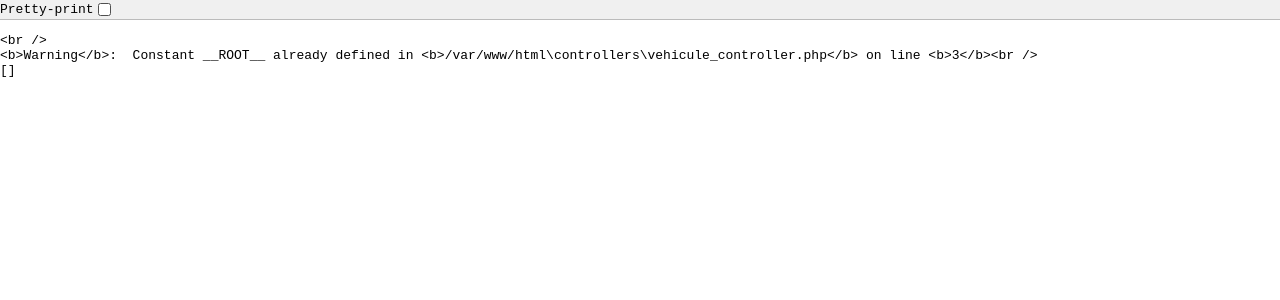
Repository: Michelhof1978/GarageBack
Page: http://localhost/API/vehicule.php
An editor plug-in stored every save of this project. The page is shown before and after the next save, followed by the edit.
The browser window is 1280 px wide. The pictures show the whole page.
The page is run by PHP 8.4 with error messages shown; the project is at /var/www/html/. Queries for data that is not in the repository find no rows.

Above is the page before, as saved 2023-09-01 12:06:45.

### API/vehicule.php
<?php
  define('__ROOT__', dirname(dirname(__FILE__)));

  require_once(__ROOT__.'\controllers\vehicule_controller.php');



// Création du controlleur du côté front qui va regrouper toutes nos routes


$filters = array();
if (isset($_GET['famille'])) {
    $filters["famille"] = $_GET['famille'];
}

if (isset($_GET['marque'])) {
    $filters["marque"] = $_GET['marque'];
}

if (isset($_GET['kilometremin'])) {
    $filters['kilometremin'] = intval($_GET['kilometremin']);
}

if (isset($_GET['kilometremax'])) {
    $filters['kilometremax'] = intval($_GET['kilometremax']);
}

if (isset($_GET['anneemin'])) {
    $filters['anneemin']= intval($_GET['annemin']);
}

if (isset($_GET['anneemax'])) {
    $filters['anneemax'] = intval($_GET['anneemax']);
}

if (isset($_GET['prixmin'])) {
    $filters['prixmin'] = intval($_GET['prixmin']);
}

if (isset($_GET['prixmax'])) {
    $filters['prixmax'] = intval($_GET['prixmax']);
}

$controller = new VehiculeController();

$controller->getCarsByFilters($filters);



?>

### controllers/vehicule_controller.php
<?php //CONTROLLER

define('__ROOT__', dirname(dirname(__FILE__)));

require_once(__ROOT__.'\models\vehicule_model.php');

// Création du controlleur du côté front qui va regrouper toutes nos routes
class VehiculeController{
    //Crérera automatiquement une instance de classe APIManager et la stockera ds la propriété $apiManager. Cela sera utile pour gérer le JSON par la suite.
    private $apiManager;//propriété privée (accessible uniquement à l'intérieur de cette classe) qui va contenir une instance de la classe APIManager.

    public function __construct(){
        $this->apiManager = new VehiculeModel();
    }

public function getCarsByFilters($filtres){
    $cars=$this->apiManager->getCarsByFilters($filtres);
    header('Content-Type: application/json');
        echo json_encode($cars);
}



}

### models/vehicule_model.php
<?php
 class VehiculeModel{

private $dbh;

public function __construct()
{
    $dsn = 'mysql:host=localhost;dbname=garage;charset=utf8';
    $user = 'root';
    $password = '';

    try {
        // Connexion à la base de données
        $this->dbh = new PDO($dsn, $user, $password);
    } catch (PDOException $e) {
        die('Erreur de connexion : ' . $e->getMessage());
    }

}

public function getCarsByFilters($filters) {
    // Construct the SQL query based on filters
    $sql = "SELECT * FROM vehicule WHERE 1";

    if (isset($filters['famille'])) {
        $sql .= " AND famille = :famille";
    }

    if (isset($filters['marque'])) {
        $sql .= " AND marque = :marque";
    }

    if (isset($filters['kilometremin'])) {
        $sql .= " AND kilometrage >= :kilometremin";
    }

    if (isset($filters['kilometremax'])) {
        $sql .= " AND kilometrage <= :kilometremax";
    }

    if (isset($filters['anneemin'])) {
        $sql .= " AND annee >= :anneemin";
    }
    if (isset($filters['anneemax'])) {
        $sql .= " AND annee <= :anneemax";
    }

    if (isset($filters['prixmin'])) {
        $sql .= " AND prix >= :prixmin";
    }

    if (isset($filters['prixmax'])) {
        $sql .= " AND prix <= :prixmax";
    }
    // Prepare and execute the query
    $stmt = $this->dbh->prepare($sql);
    $stmt->execute($filters);

    // Fetch results
    $results = $stmt->fetchAll(PDO::FETCH_ASSOC);

    return $results;
}
 }

After the next save:
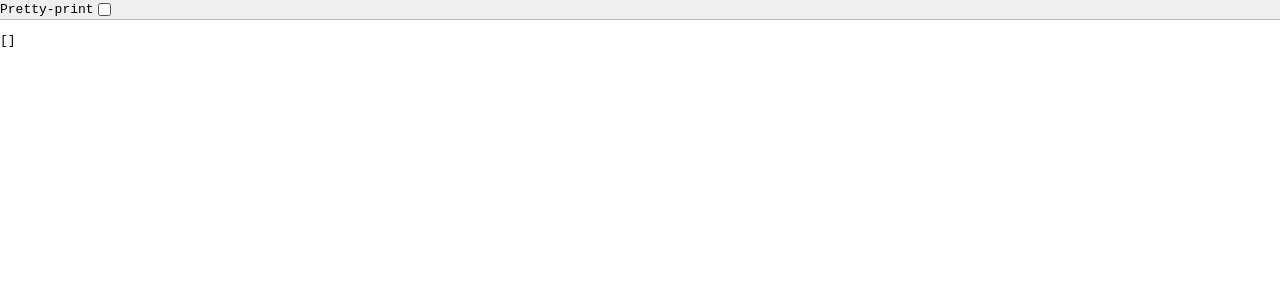
Saved 30 s later.
--- a/controllers/vehicule_controller.php
+++ b/controllers/vehicule_controller.php
@@ -1,7 +1,4 @@
 <?php //CONTROLLER
-
-define('__ROOT__', dirname(dirname(__FILE__)));
-
 require_once(__ROOT__.'\models\vehicule_model.php');
 
 // Création du controlleur du côté front qui va regrouper toutes nos routes
